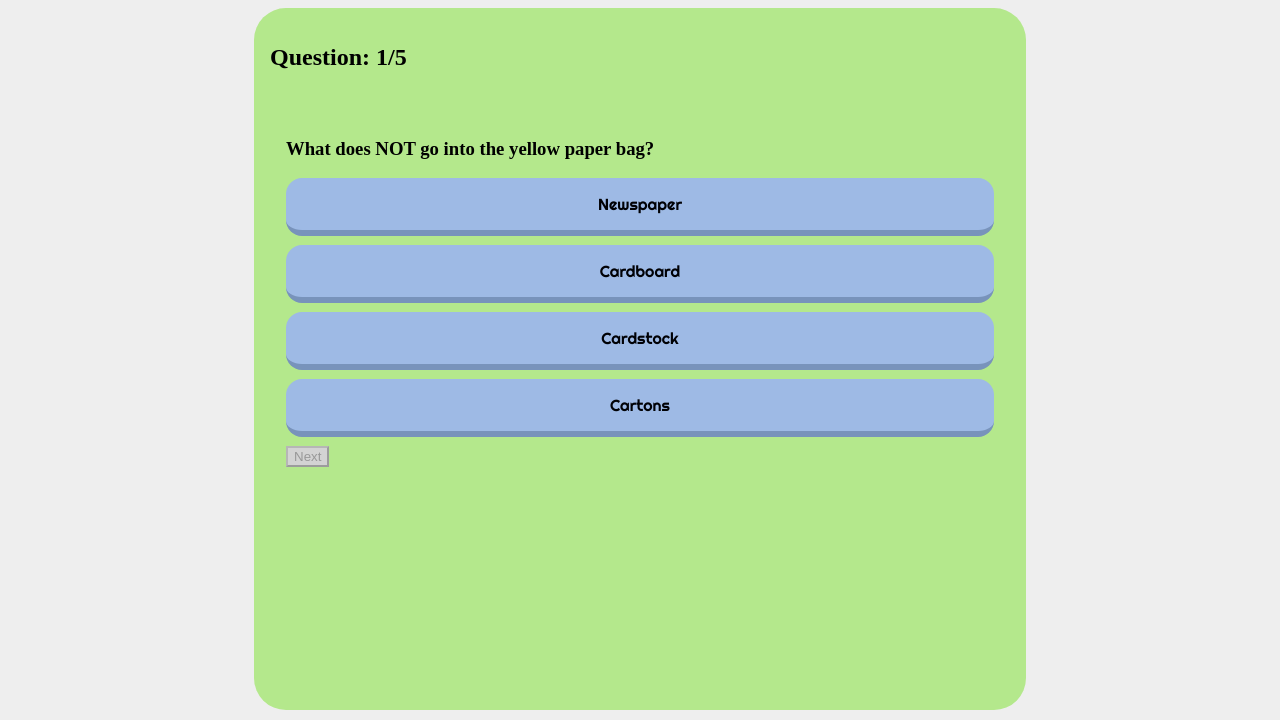
Repository: alemunden/Trash-Scavengers
Page: /quiz
These files come from the project's save history. The page is drawn as it stood at one moment and after the next save; the edit follows.
The browser window is 1280 px wide. The pictures show the whole page.
The project was rebuilt for these pictures with package versions that can differ from the ones it lists, and the page was loaded fresh each time. The framework's server and built-in components were replaced by stand-ins that run in the browser. Also part of the build but not shown: next.config.mjs.

Above is the page before, as saved 2024-04-07 20:26:58.

After the next save:
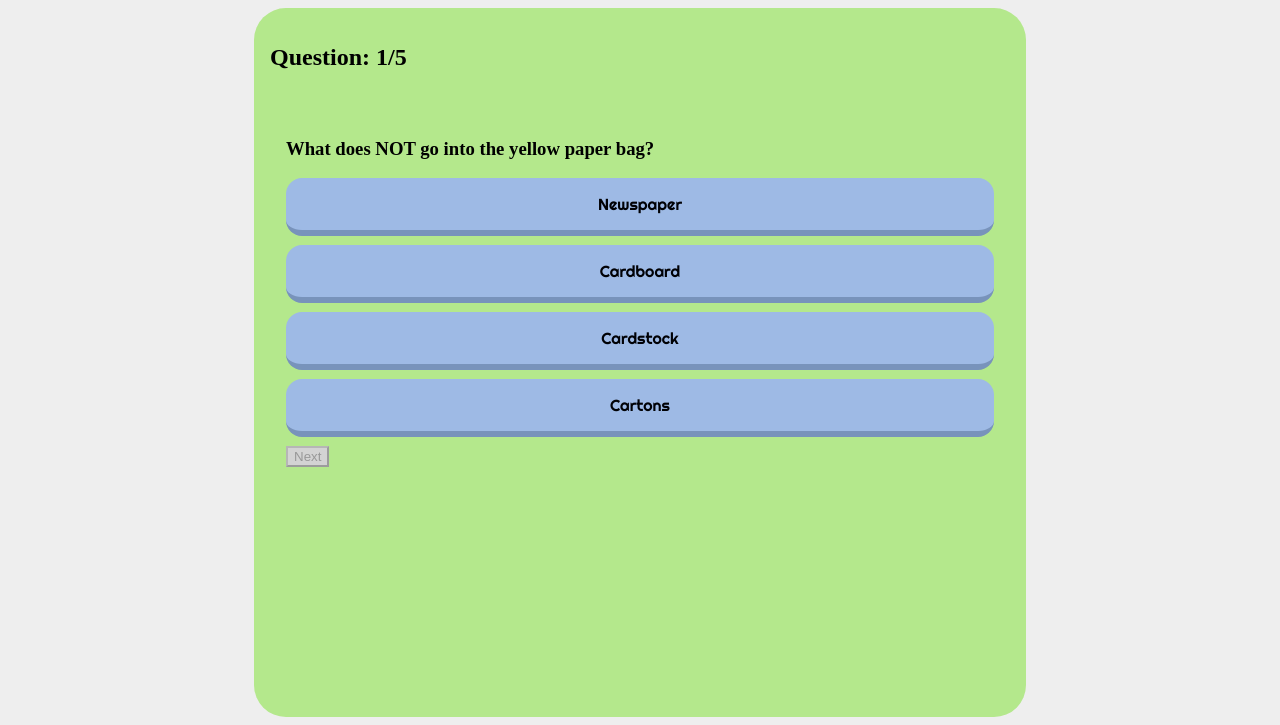
Saved 4 s later.
--- a/styles/quiz.module.css
+++ b/styles/quiz.module.css
@@ -23,7 +23,7 @@
     padding: 1rem;
     background-color: var(--light-green);
     border-radius: 2rem;
-    height: 93vh;
+    height: 94vh;
 }
 
 .quizContainer {
